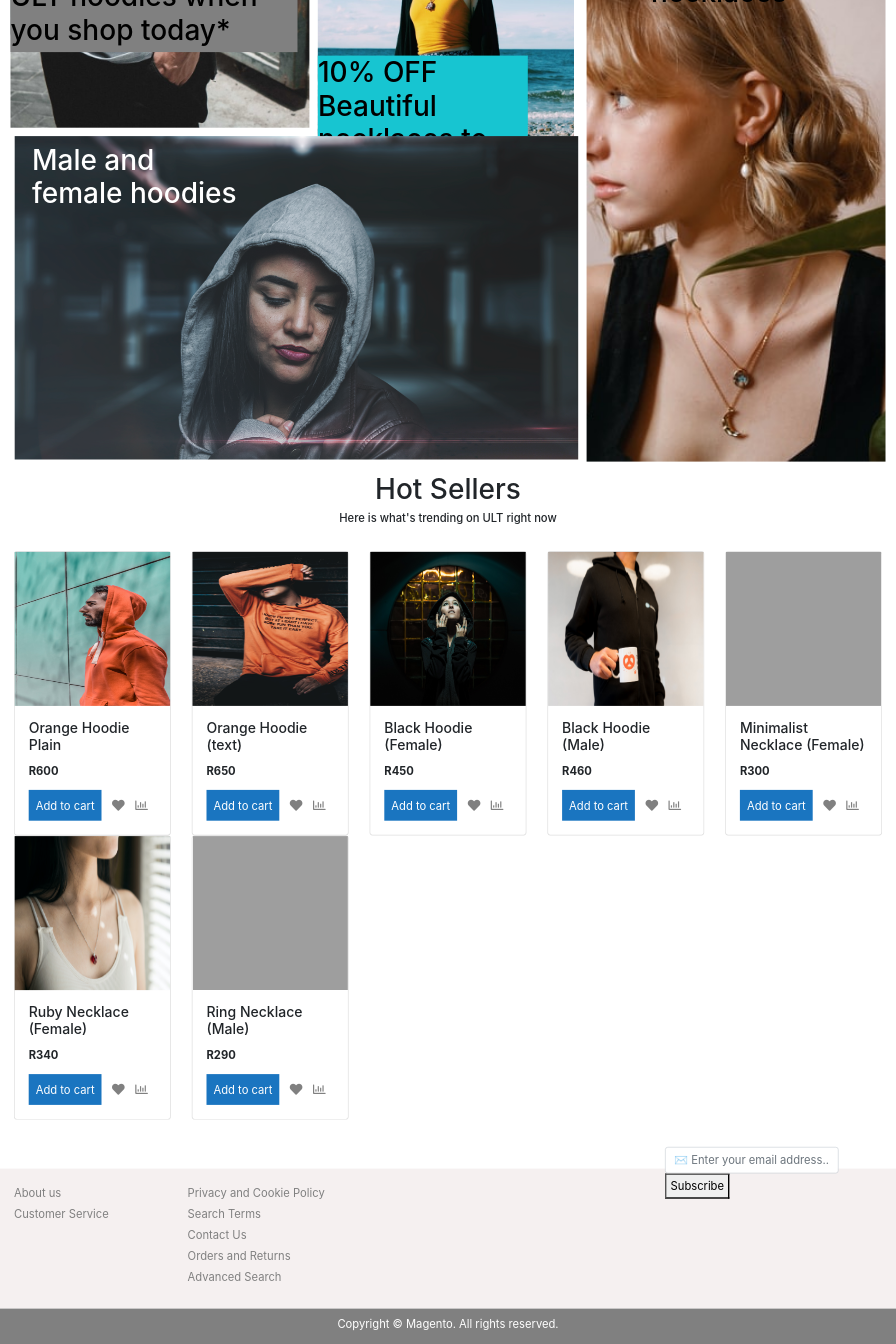
Repository: Ajtheult/Luma-Challenge-Site
Page: /
These files come from the project's save history. The page is drawn as it stood at one moment and after the next save; the edit follows.
The browser window is 1280 px wide. The pictures show the part of the page from y = 1289 to 3209 px (the page is 3209 px tall), at 70% of full size.
Pictures or frames that could not be fetched are drawn as grey boxes. The project was rebuilt for these pictures with package versions that can differ from the ones it lists, and the page was loaded fresh each time.

Above is the page before, as saved 2020-09-01 13:06:52.

### public/index.html
<!DOCTYPE html>
<html lang="en">
  <head>
    <meta charset="utf-8" />
    <link rel="icon" href="%PUBLIC_URL%/favicon.ico" />
    <meta name="viewport" content="width=device-width, initial-scale=1" />
    <meta name="theme-color" content="#000000" />
    <meta
      name="description"
      content="Web site created using create-react-app"
    />

    <link rel="manifest" href="%PUBLIC_URL%/manifest.json" />
    <!-- Font Awesome -->
    <link
      rel="stylesheet"
      href="https://use.fontawesome.com/releases/v5.7.2/css/all.css"
      integrity="sha384-fnmOCqbTlWIlj8LyTjo7mOUStjsKC4pOpQbqyi7RrhN7udi9RwhKkMHpvLbHG9Sr"
      crossorigin="anonymous"
    />
    <!-- Font Awesome -->
    <title>E-complete</title>
  </head>
  <body>
    <noscript>You need to enable JavaScript to run this app.</noscript>
    <div id="root"></div>
  </body>
</html>

### src/App.js
import React from "react";

// Imported modules
import { BrowserRouter as Router, Switch, Route } from "react-router-dom";
// Imported modules

// Imported pages
import Home from "./components/layout/pages/home/Home";
// Imported pages

// Global css
import "./App.css";
// Global css

function App() {
  return (
    <Router>
      <div className="App">
        <Switch>
          <Route exact path="/" component={Home} />
        </Switch>
      </div>
    </Router>
  );
}

export default App;

### src/components/layout/pages/home/Home.js
import React from "react";
import Navbar from "../../nav/Navbar";
import Container from "react-bootstrap/Container";
import Row from "react-bootstrap/Row";
import Col from "react-bootstrap/Col";
import Carousel from "react-bootstrap/Carousel";
// Images
import yoga from "../../resources/yoga.jpg";
import yogatwo from "../../resources/yoga-two.jpg";
import yogathree from "../../resources/yoga-three.jpg";

import SecondHome from "./SecondHome";
import HomeFooter from "./HomeFooter";

import "./Home.css";

const Home = () => {
  return (
    <div>
      <Navbar />
      <Container fluid>
        <Row>
          <Col>
            {/* Carousel */}
            <Carousel>
              <Carousel.Item>
                <img
                  className="d-block w-100 top_size"
                  src={yoga}
                  alt="First slide"
                />
                <Carousel.Caption>
                  <h3>New ULT yoga collection</h3>
                  <p>Clothing that is perfect for zen sessions</p>
                </Carousel.Caption>
              </Carousel.Item>
              <Carousel.Item>
                <img
                  className="d-block w-100 top_size"
                  src={yogatwo}
                  alt="Third slide"
                />

                <Carousel.Caption>
                  <h3>New ULT yoga collection</h3>
                  <p>Beautiful bracelets to fit the look</p>
                </Carousel.Caption>
              </Carousel.Item>
              <Carousel.Item>
                <img
                  className="d-block w-100 top_size"
                  src={yogathree}
                  alt="Third slide"
                />

                <Carousel.Caption>
                  <h3>New ULT yoga collection</h3>
                  <p>Be happy...like her...don't you wanna be happy?</p>
                </Carousel.Caption>
              </Carousel.Item>
            </Carousel>
          </Col>
        </Row>
        {/* Block frame */}
        <Row>
          <Col>
            <div class="container bg-no-overlay">
              <div class="row left">
                <h1>
                  20% OFF <br /> ULT hoodies when you shop today*
                </h1>
              </div>
            </div>
          </Col>
          <Col>
            <div class="container bg-no-overlay-two">
              <div class="row top">
                <h1>
                  30% OFF <br />
                  Get them fresh kicks
                </h1>
              </div>
            </div>
          </Col>
        </Row>
        <Row>
          <Col>
            <div class="container bg-no-overlay-three">
              <div class="row middle">
                <h1>
                  10% OFF <br /> Beautiful necklaces to flex
                </h1>
              </div>
            </div>
          </Col>
          <Col>
            <div class="container bg-no-overlay-four">
              <div class="row right">
                <h1>Many different styles of necklaces</h1>
              </div>
            </div>

            <div class="container bg-no-overlay-five">
              <div class="row bottom">
                <h1>Male and female hoodies</h1>
              </div>
            </div>
          </Col>
        </Row>
      </Container>
      <SecondHome />
      <HomeFooter />
    </div>
  );
};

export default Home;

### src/components/layout/nav/Navbar.js
import React from "react";
import Nav from "react-bootstrap/Nav";

import Form from "react-bootstrap/Form";

import "./Navbar.css";

const Navbar = () => {
  return (
    <div>
      <Nav className="justify-content-left" activeKey="/home">
        <Nav.Link href="/home">
          <img
            src="https://images.unsplash.com/photo-1462899006636-339e08d1844e?ixlib=rb-1.2.1&ixid=eyJhcHBfaWQiOjEyMDd9&auto=format&fit=crop&w=1050&q=80"
            alt="logo"
            className="logo"
          />
        </Nav.Link>
        <h6 className="logo-text">ULT</h6>
        <Nav.Link className="search_bar">
          {" "}
          <Form>
            <Form.Row>
              <Form.Group>
                <Form.Control
                  className="search_bar"
                  type="search"
                  placeholder="Search engine store here... "
                />
              </Form.Group>
            </Form.Row>
          </Form>
        </Nav.Link>
        <Nav.Link></Nav.Link>
        <i class="fas fa-shopping-cart icon"></i>
      </Nav>
      <Nav className="justify-content-left bottom_nav" activeKey="/home">
        <Nav.Item>
          <Nav.Link href="#" className="colour_of_nav_text">
            What's New
          </Nav.Link>
        </Nav.Item>
        <Nav.Item>
          <Nav.Link href="#" className="colour_of_nav_text">
            Women
          </Nav.Link>
        </Nav.Item>
        <Nav.Item>
          <Nav.Link href="#" className="colour_of_nav_text">
            Men
          </Nav.Link>
        </Nav.Item>
        <Nav.Item>
          <Nav.Link href="#" className="colour_of_nav_text">
            Gear
          </Nav.Link>
        </Nav.Item>
        <Nav.Item>
          <Nav.Link href="#" className="colour_of_nav_text">
            Training
          </Nav.Link>
        </Nav.Item>
        <Nav.Item>
          <Nav.Link href="#" className="colour_of_nav_text">
            Sale
          </Nav.Link>
        </Nav.Item>
      </Nav>
    </div>
  );
};

export default Navbar;

### src/components/layout/pages/home/SecondHome.js
import React from "react";
import "./SecondHome.css";

import Row from "react-bootstrap/Row";
import Col from "react-bootstrap/Col";
import Card from "react-bootstrap/Card";
// images
import one from "../../resources/SecondHome/one.jpg";
import two from "../../resources/SecondHome/two.jpg";
import three from "../../resources/SecondHome/three.jpg";
import four from "../../resources/SecondHome/four.jpg";
import five from "../../resources/SecondHome/five.jpg";
import six from "../../resources/SecondHome/six.jpg";
import seven from "../../resources/SecondHome/seven.jpg";

const SecondHome = () => {
  return (
    <div>
      <div>
        <h1 className="heading">Hot Sellers</h1>
        <h6>Here is what's trending on ULT right now</h6>
      </div>
      <div className="cards">
        <Row>
          {/* 1 */}
          <Col>
            <Card style={{ width: "14rem" }}>
              <img
                variant="top"
                src={one}
                className="image-heights"
                alt="one"
              />

              <Card.Body>
                <Card.Title>Orange Hoodie Plain</Card.Title>
                <Card.Text>R600</Card.Text>
                <button className="buttons">Add to cart</button>
                <i class="fas fa-heart heart-icon-card"></i>
                <i class="far fa-chart-bar heart-icon-card"></i>
              </Card.Body>
            </Card>
          </Col>
          {/* 2 */}
          <Col>
            <Card style={{ width: "14rem" }}>
              <img
                variant="top"
                src={two}
                className="image-heights"
                alt="two"
              />
              <Card.Body>
                <Card.Title>Orange Hoodie (text)</Card.Title>
                <Card.Text>R650</Card.Text>
                <button className="buttons">Add to cart</button>
                <i class="fas fa-heart heart-icon-card"></i>
                <i class="far fa-chart-bar heart-icon-card"></i>
              </Card.Body>
            </Card>
          </Col>
          {/* 3 */}
          <Col>
            <Card style={{ width: "14rem" }}>
              <img
                variant="top"
                src={three}
                className="image-heights"
                alt="three"
              />
              <Card.Body>
                <Card.Title>Black Hoodie (Female)</Card.Title>
                <Card.Text>R450</Card.Text>
                <button className="buttons">Add to cart</button>
                <i class="fas fa-heart heart-icon-card"></i>
                <i class="far fa-chart-bar heart-icon-card"></i>
              </Card.Body>
            </Card>
          </Col>
          {/* 4 */}
          <Col>
            <Card style={{ width: "14rem" }}>
              <img
                variant="top"
                src={four}
                className="image-heights"
                alt="four"
              />
              <Card.Body>
                <Card.Title>Black Hoodie (Male)</Card.Title>
                <Card.Text>R460</Card.Text>
                <button className="buttons">Add to cart</button>
                <i class="fas fa-heart heart-icon-card"></i>
                <i class="far fa-chart-bar heart-icon-card"></i>
              </Card.Body>
            </Card>
          </Col>
          {/* 5 */}
          <Col>
            <Card style={{ width: "14rem" }}>
              <img
                variant="top"
                src={five}
                className="image-heights"
                alt="five"
              />
              <Card.Body>
                <Card.Title>Minimalist Necklace (Female)</Card.Title>
                <Card.Text>R300</Card.Text>
                <button className="buttons">Add to cart</button>
                <i class="fas fa-heart heart-icon-card"></i>
                <i class="far fa-chart-bar heart-icon-card"></i>
              </Card.Body>
            </Card>
          </Col>
          {/* 6 */}
          <Col>
            <Card style={{ width: "14rem" }}>
              <img
                variant="top"
                src={six}
                className="image-heights"
                alt="six"
              />
              <Card.Body>
                <Card.Title>Ruby Necklace (Female)</Card.Title>
                <Card.Text>R340</Card.Text>
                <button className="buttons">Add to cart</button>
                <i class="fas fa-heart heart-icon-card"></i>
                <i class="far fa-chart-bar heart-icon-card"></i>
              </Card.Body>
            </Card>
          </Col>
          {/* 7 */}
          <Col>
            <Card style={{ width: "14rem" }}>
              <img
                variant="top"
                src={seven}
                className="image-heights"
                alt="seven"
              />
              <Card.Body>
                <Card.Title>Ring Necklace (Male)</Card.Title>
                <Card.Text>R290</Card.Text>
                <button className="buttons">Add to cart</button>
                <i class="fas fa-heart heart-icon-card"></i>
                <i class="far fa-chart-bar heart-icon-card"></i>
              </Card.Body>
            </Card>
          </Col>
          <Col></Col>
          <Col></Col>
          <Col></Col>
        </Row>
      </div>
    </div>
  );
};

export default SecondHome;

### src/components/layout/pages/home/HomeFooter.js
import React from "react";
import Form from "react-bootstrap/Form";
import "./HomeFooter.css";

const HomeFooter = () => {
  return (
    <div className="main-footer">
      <div className="footer">
        <div className="div-one">
          <a href="#home">About us</a> <br />
          <a href="#home">Customer Service</a>
        </div>
        <div className="email">
          <Form.Control
            type="email"
            placeholder="✉ Enter your email address..."
          />
          <button className="sub-button">Subscribe</button>
        </div>
        <br />
        <div className="div-two">
          <a href="#home">Privacy and Cookie Policy</a> <br />
          <a href="#home">Search Terms</a> <br />
          <a href="#home">Contact Us</a> <br />
          <a href="#home">Orders and Returns</a> <br />
          <a href="#home">Advanced Search</a>
        </div>
      </div>
      <div className="footer-two">
        <p>Copyright &copy; Magento. All rights reserved.</p>
      </div>
    </div>
  );
};

export default HomeFooter;

### src/components/layout/pages/home/Home.css
.top_size {
  width: 100%;
  height: 500px;
  margin-top: 1%;
}

.bg-no-overlay {
  /* Left */
  background: url("../../resources/hoodie.jpg");
  background-repeat: no-repeat;
  background-size: cover;
  background-position: center center;
  color: #fff;
  float: left;
  width: 70%;
  height: 850px;
  margin-top: 2%;
}

.bg-no-overlay-two {
  /* top */
  background: url("../../resources/shoe.jpg");
  background-repeat: no-repeat;
  background-size: cover;
  background-position: center center;
  color: #fff;
  width: 132%;
  height: 450px;
  margin-top: 2%;
  float: right;
}

.bg-no-overlay-three {
  /* middle */
  background: url("../../resources/beach.jpg");
  background-repeat: no-repeat;
  background-size: cover;
  background-position: center center;
  color: #fff;
  width: 60%;
  height: 388px;
  margin-top: -53%;
  margin-right: -32%;
  float: right;
}

.bg-no-overlay-four {
  /* right */
  background: url("../../resources/garden.jpg");
  background-repeat: no-repeat;
  background-size: cover;
  background-position: center center;
  color: #fff;
  width: 70%;
  height: 800px;
  margin-top: -53%;
  margin-left: 20%;
  float: right;
}

.bg-no-overlay-five {
  /* bottom */
  background: url("../../resources/forest.jpg");
  background-repeat: no-repeat;
  background-size: cover;
  background-position: center center;
  color: #fff;
  width: 132%;
  height: 97%;
  margin-top: 2%;
  margin-left: -104%;
}

.left {
  text-align: left;
  margin-top: 590px;
  width: 410px;
  color: black;
  background-color: grey;
}

.top {
  float: right;
  text-align: right;
  color: black;
  margin-top: 70px;
}

.middle {
  text-align: left;
  float: left;
  background-color: rgb(23, 197, 209);
  color: black;
  width: 300px;
  margin-top: 220px;
}

.right {
  text-align: left;
  float: right;
  color: black;
  width: 335px;
  margin-top: 10px;
}

.bottom {
  text-align: left;
  float: left;
  color: white;
  width: 303px;
  margin-left: 10px;
  margin-top: 10px;
}

.carousel-caption {
  background-color: rgba(129, 41, 41, 0.493);
  width: 70%;
}

### src/components/layout/nav/Navbar.css
.bottom_nav {
  background-color: rgb(233, 224, 224);
  margin-top: -10px;
}

.colour_of_nav_text {
  color: black;
  font-size: 80%;
}

.logo {
  width: 50px;
  height: 50px;
  border-radius: 50%;
}

.logo-text {
  margin-top: 13px;
  font-size: 30px;
}

.search_bar {
  margin-left: auto;
  margin-top: 5px;
  font-size: 10px;
}

.icon {
  margin-top: 25px;
  margin-right: 20px;
  color: grey;
}

### src/components/layout/pages/home/SecondHome.css
.heading {
  margin-top: 15px;
}

.cards {
  width: 100%;
  padding: 20px;
  padding-top: 30px;
}

.second-row {
  margin-top: 10px;
  margin: 10px;
  padding-left: 50px;
}

.image-heights {
  height: 220px;
}

.card-body {
  text-align: left;
}

.card-text {
  font-weight: bold;
}

.buttons {
  padding: 10px;
  background-color: rgb(26, 117, 192);
  border: none;
  color: white;
}

.heart-icon-card {
  margin-left: 15px;
  font-size: 18px;
  color: grey;
}

### src/components/layout/pages/home/HomeFooter.css
.main-footer {
  margin-top: 50px;
}

.footer {
  text-align: left;
  padding: 20px;
  background-color: rgb(245, 240, 240);
  line-height: 30px;
  height: 200px;
}

.footer .div-two {
  transform: translate(25%, -60%);
  width: 80%;
}

.footer-two {
  text-align: center;
  padding: 2px;
  background-color: grey;
  color: white;
}

.footer-two p {
  margin-top: 7px;
}

a {
  color: grey;
}

a:hover {
  text-decoration: none;
  font-weight: bold;
}

.email {
  width: 20%;
  float: right;
  transform: translate(-25%, -150%);
}

Loaded but not shown: src/index.js (common file); src/App.css (common file)

After the next save:
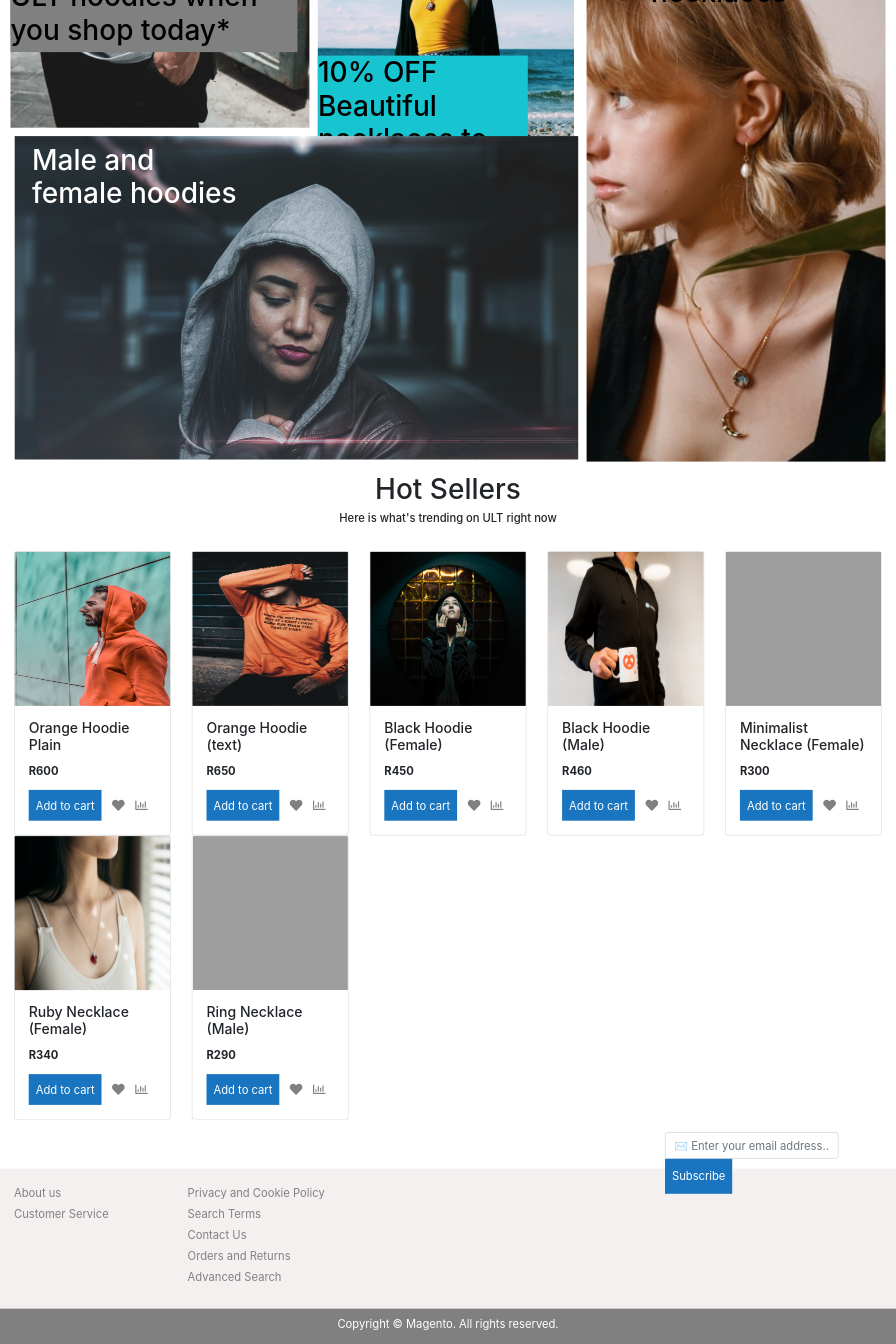
Saved 36 s later.
--- a/src/components/layout/pages/home/HomeFooter.css
+++ b/src/components/layout/pages/home/HomeFooter.css
@@ -40,3 +40,10 @@
   float: right;
   transform: translate(-25%, -150%);
 }
+
+.sub-button {
+  padding: 10px;
+  background-color: rgb(26, 117, 192);
+  border: none;
+  color: white;
+}
